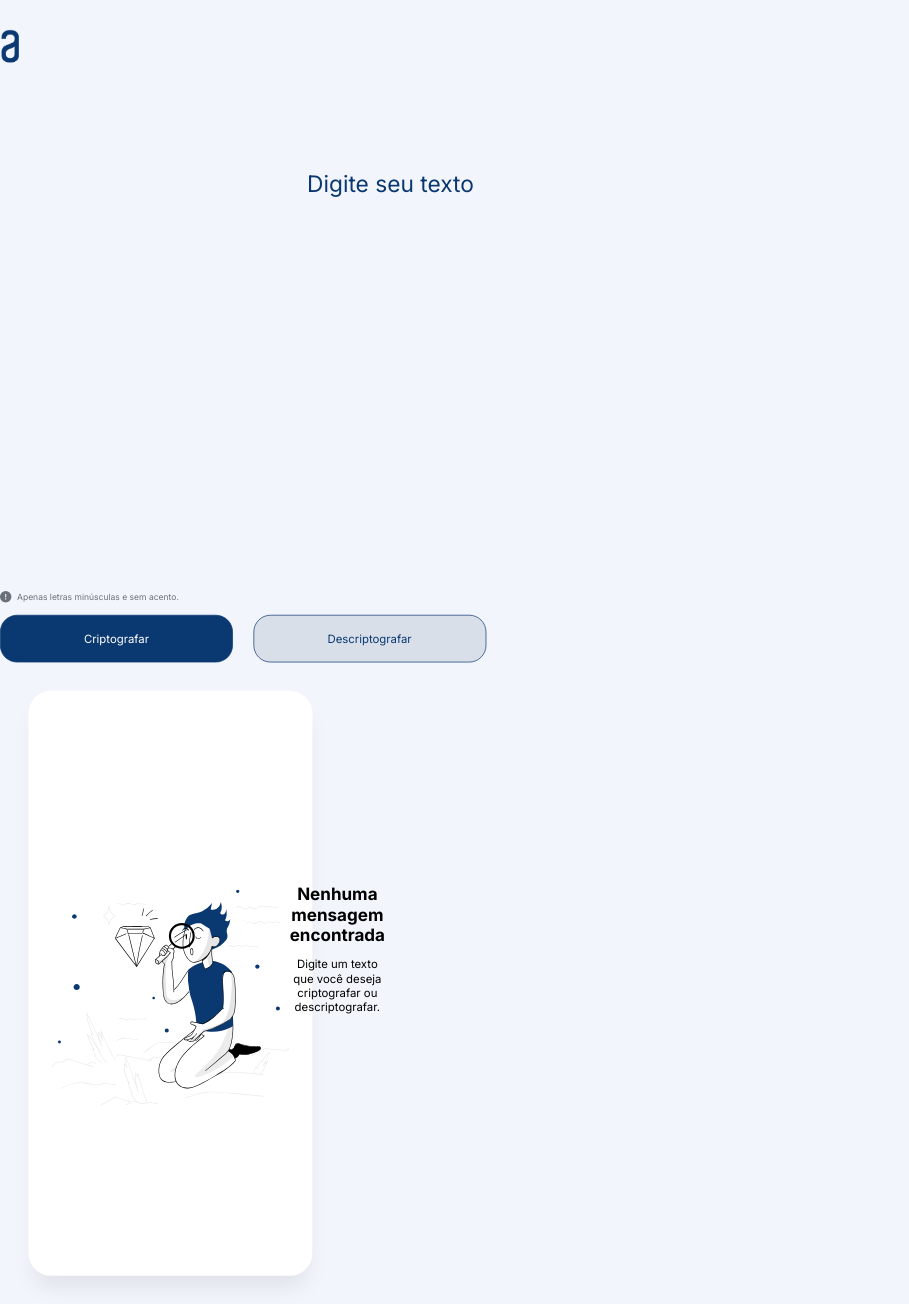
Repository: CarlosEduardoVdeOliveira/descodificador-de-texto
Page: index.html
The author's editor kept a copy of each file at every save. The page is drawn from the files as they stood at one save, then again after the next save.
The browser window is 1280 px wide. The pictures show the whole page, at 71% of full size.

Above is the page before, as saved 2023-04-15 12:58:41.

After the next save:
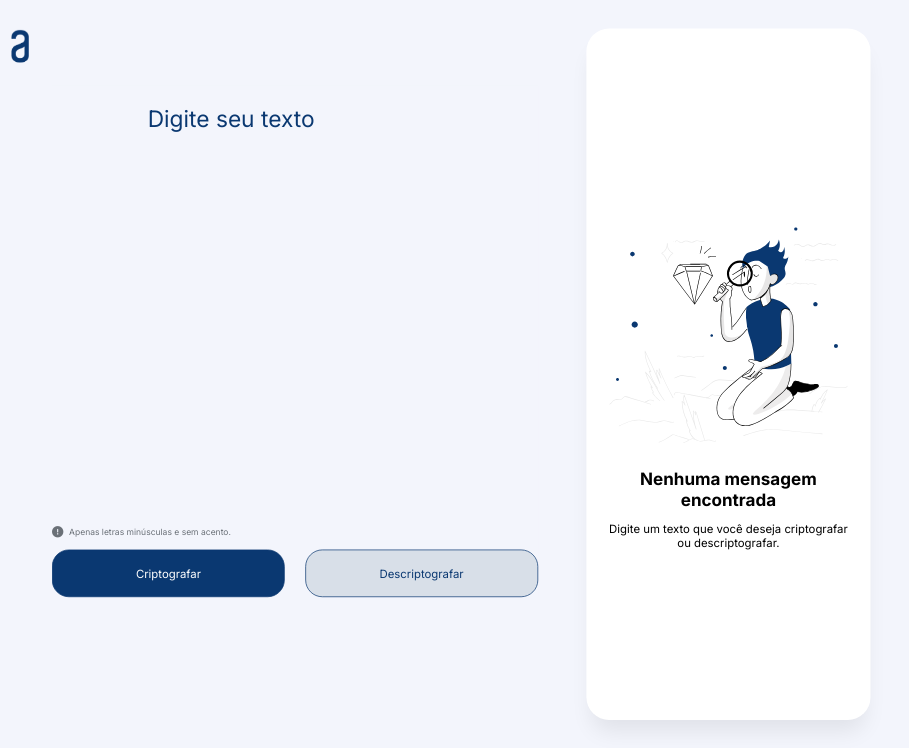
Saved 15 s later.
--- a/src/styles/index.css
+++ b/src/styles/index.css
@@ -3,7 +3,7 @@ img{
    height: 3rem;
    margin-top: 2.5rem;
 }
-section {
+main {
    display: flex;
    justify-content: space-around;
    align-items: self-start;
